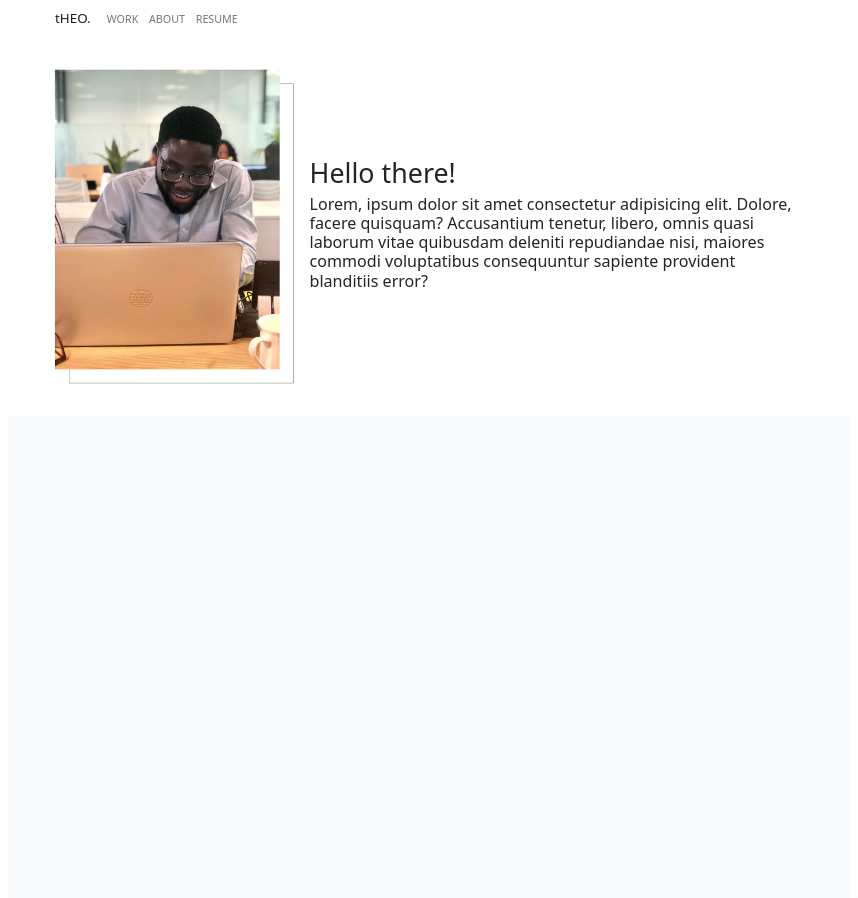
Repository: tHEO2k17/portfolio
Page: /
These files come from the project's save history. The page is drawn as it stood at one moment and after the next save; the edit follows.
The browser window is 1280 px wide. The pictures show the whole page, at 67% of full size.
The project was rebuilt for these pictures with package versions that can differ from the ones it lists, and the page was loaded fresh each time.

Above is the page before, as saved 2021-07-21 23:07:31.

After the next save:
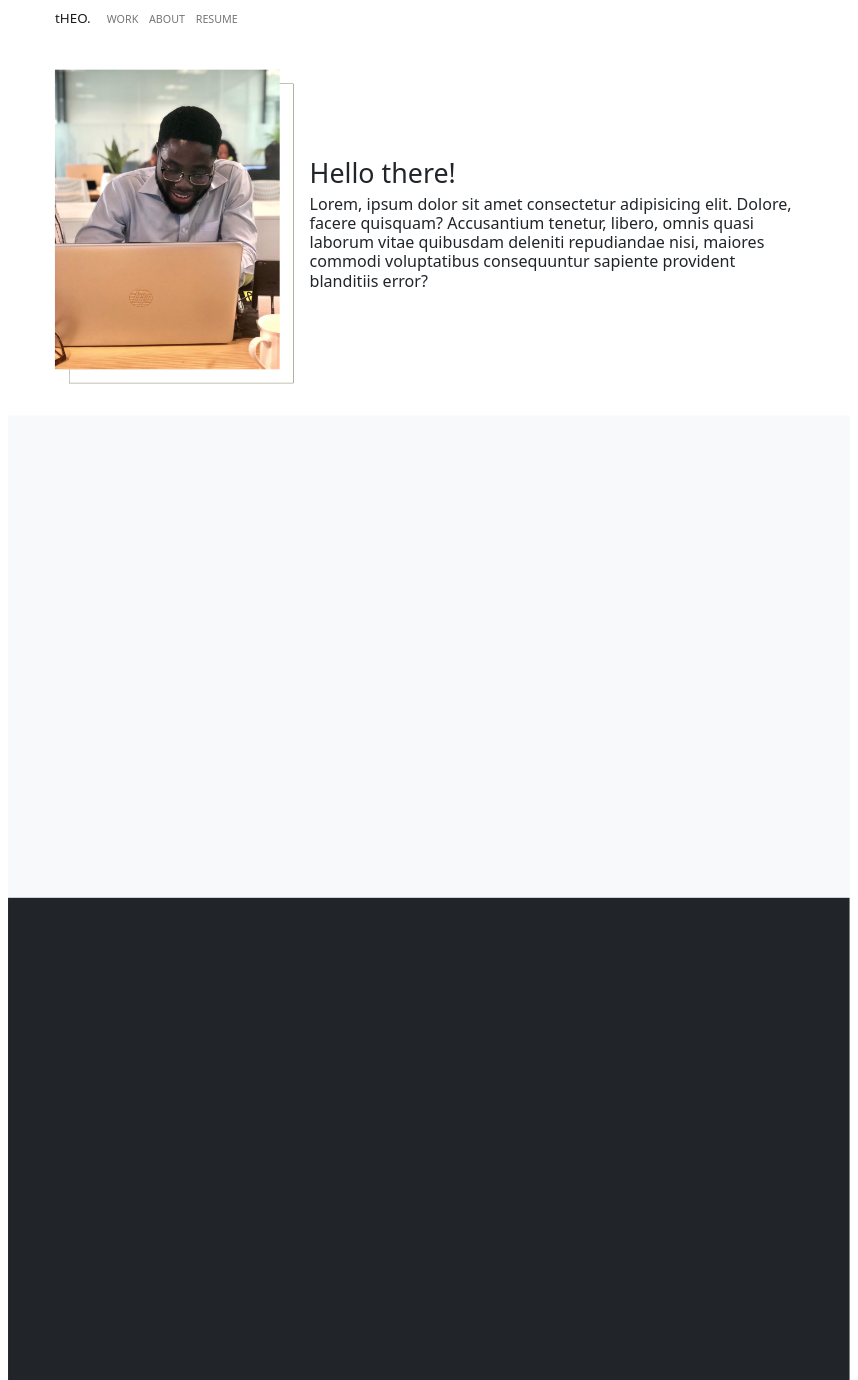
Saved 15 s later.
--- a/src/presentation/pages/HomePage.tsx
+++ b/src/presentation/pages/HomePage.tsx
@@ -35,7 +35,7 @@ export default function HomePage() {
                 {/* skills and tools */}
             </section>
 
-            <section>
+            <section className="bg-dark min-vh-100">
                 {/* employment history */}
             </section>
 
